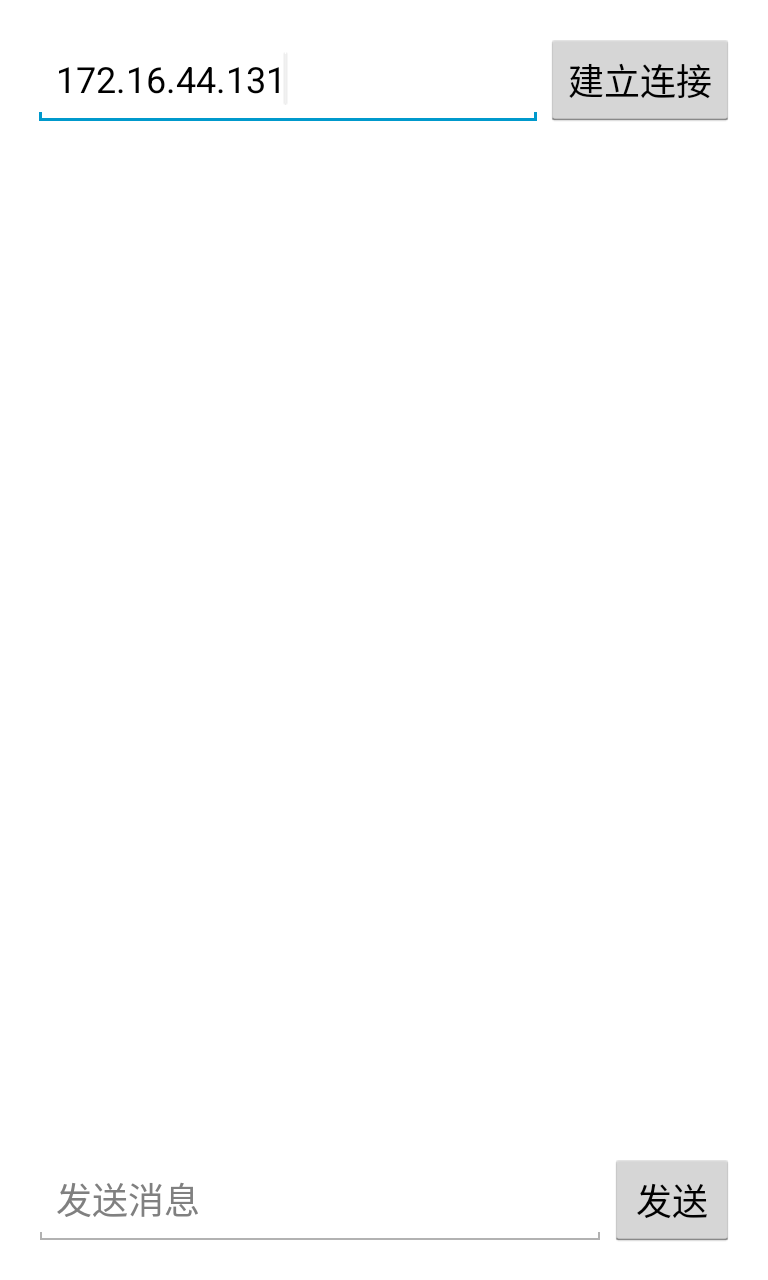
Repository: xuelang201201/Android
Layout: Android网络/android_day01_群聊天室/res/layout/activity_main.xml
An editor plug-in stored every save of this project. The layout is shown before and after the next save, followed by the edit.
It is drawn on a 768 x 1280 px phone screen (xhdpi) without system bars, with theme AppTheme; the app's code is not run. Lists and similar views that code fills are empty.

Above is the layout before, as saved 2016-02-29 10:08:24.

After the next save:
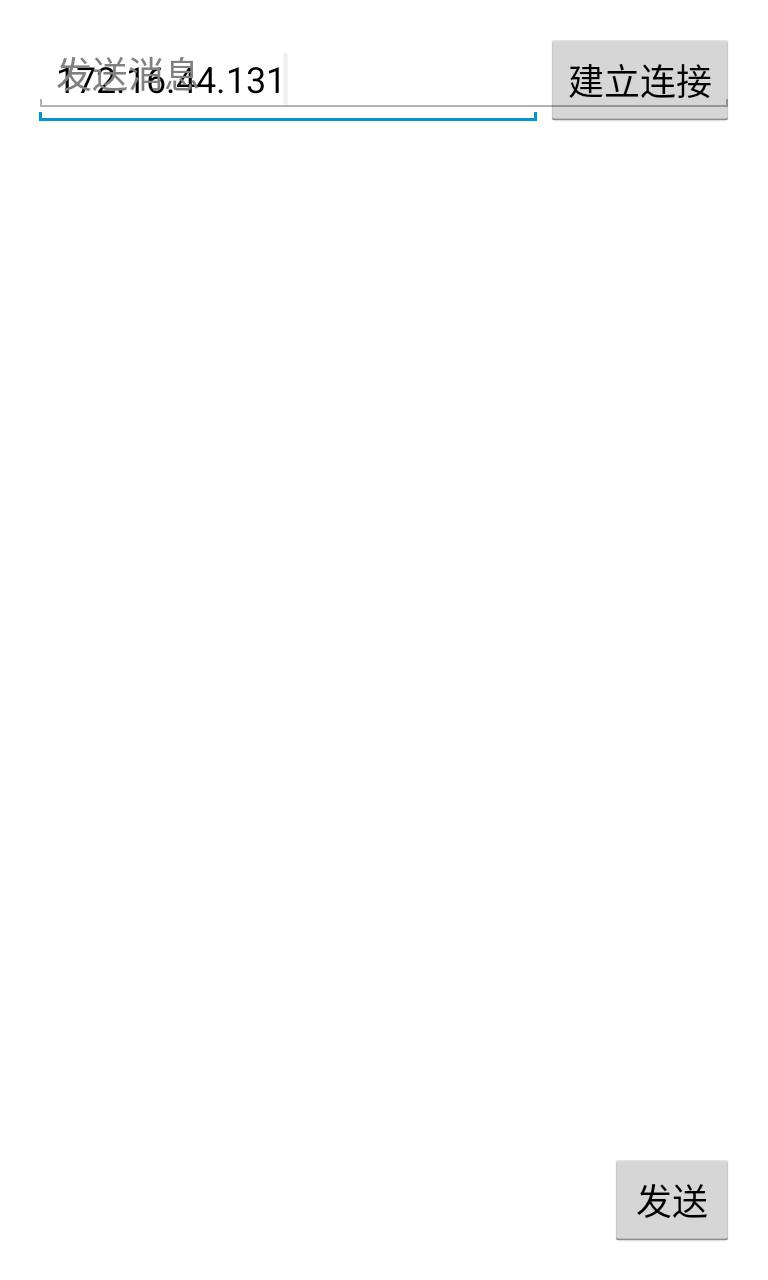
Saved 6 min 13 s later.
--- a/Android网络/android_day01_群聊天室/res/layout/activity_main.xml
+++ b/Android网络/android_day01_群聊天室/res/layout/activity_main.xml
@@ -41,7 +41,7 @@
         android:hint="发送消息" />
 
     <Button
-        android:id="@+id/btn_send_message"
+        android:id="@+id/btn_send"
         android:layout_width="wrap_content"
         android:layout_height="wrap_content"
         android:layout_alignParentBottom="true"

After the save that followed:
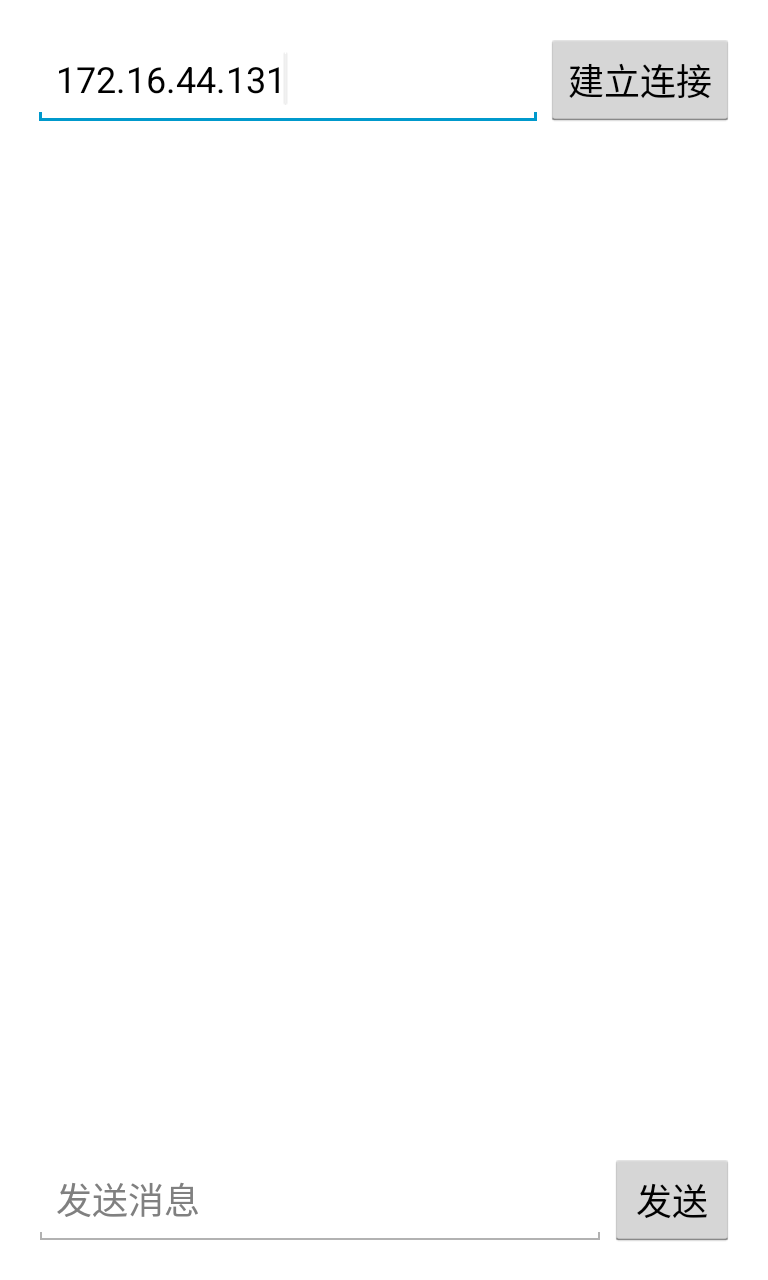
Saved 17 s later.
--- a/Android网络/android_day01_群聊天室/res/layout/activity_main.xml
+++ b/Android网络/android_day01_群聊天室/res/layout/activity_main.xml
@@ -33,10 +33,10 @@
         android:id="@+id/et_send_message"
         android:layout_width="match_parent"
         android:layout_height="wrap_content"
-        android:layout_alignBottom="@+id/btn_send_message"
+        android:layout_alignBottom="@+id/btn_send"
         android:layout_alignParentLeft="true"
-        android:layout_alignTop="@+id/btn_send_message"
-        android:layout_toLeftOf="@+id/btn_send_message"
+        android:layout_alignTop="@+id/btn_send"
+        android:layout_toLeftOf="@+id/btn_send"
         android:ems="10"
         android:hint="发送消息" />
 
@@ -52,7 +52,7 @@
         android:id="@+id/lv_message"
         android:layout_width="match_parent"
         android:layout_height="wrap_content"
-        android:layout_above="@+id/btn_send_message"
+        android:layout_above="@+id/btn_send"
         android:layout_alignLeft="@+id/et_IP"
         android:layout_below="@+id/et_IP" >
 
